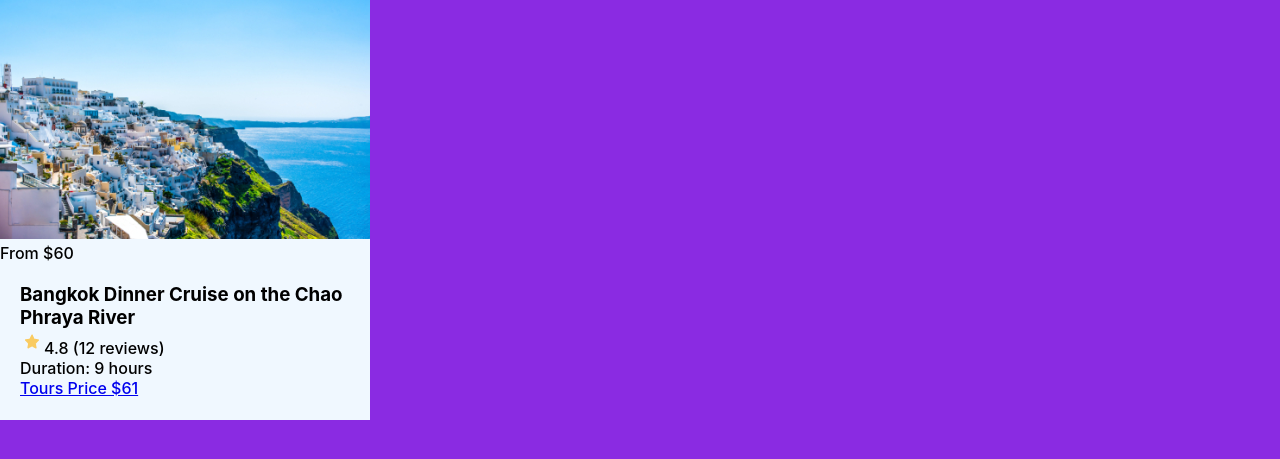
Repository: nguyentuankiet-k61/K_IT-demo
Page: index.html
These files come from the project's save history. The page is drawn as it stood at one moment and after the next save; the edit follows.
The browser window is 1280 px wide. The pictures show the whole page.
Some web fonts or font styles are not loaded; a fallback is used.

Above is the page before, as saved 2022-09-28 08:43:35.

### index.html
<!DOCTYPE html>
<html lang="en">
<head>
    <meta charset="UTF-8">
    <meta http-equiv="X-UA-Compatible" content="IE=edge">
    <meta name="viewport" content="width=device-width, initial-scale=1.0">
    <title>HTML CSS Master</title>
    <link rel = "preconnect" href = "https://fonts.googleapis.com">
    <link rel = "preconnect" href = "https://fonts.gstatic.com" crossorigin>
    <link href = "https: //fonts.googleapis.com/css2? family = Inter: wght @ 500; 600 & display = swap "rel =" stylesheet ">
    <link rel="stylesheet" href="./CSS/app.css">
</head>
<body>
 <div class="">
    <div class="Tours">
        <!-- <div class="Tours_top">
            <img src="./image/img1.png" alt="this_is_image"/>From $40
        </div>
        <div class="Tours_content">

            <div class="Tours_titlle">Thailands Ayutthaya Temples
                Cruise from Bangkok</div>

            <div class="Tours_ratting">
                <div class="Tours_review">
                    <div class="Tours_review_count">
                        <img src="./image/img-star.png" alt="tours-ratting"/>4.8 (12 reviews)
                    </div>
                    <div class="Tours_Duration">Duration: 9 hours</div>
                </div>
            </div>
            <a href="https://www.facebook.com/kutooo" target="_blank"
            rel="noopener noreferrer" class="Tours-botton">Tours Price $61</a></br>
        <div class="Tours_top">
            <img src="./image/img1.png" alt="this_is_image"/>From $70
        </div>
        <div class="Tours_content">
            <div class="Tours_titlle">
                FLoating Markets Day Trip from
                Bangkok
            </div>
            <div class="Tours_ratting">
                <div class="Tours_review_count">
                    <img src="./image/img-star.png" alt="tours-ratting"/>4.8 (12 reviews)

                </div>
                <div class="Tours_Duration">
                    Duration: 9 hours
                </div>
            </div>
            <a href="https://www.facebook.com/kutooo" target="_blank"
            rel="noopener noreferrer"
            class="Tours_botton">Tours Price $61</a></br>
        </div>
        </div>-->
        <div class="Tours_top">
            <img src="./image/img3.png" alt="this_is_image"/>From $60
             <div class="Tours_content">
                <h3 class="Tours_titlle">
                    Bangkok Dinner Cruise on the
                    Chao Phraya River
                </h3>
                <div class="Tours_ratting">
                    <div class="Tours_review_count">
                        <img src="./image/img-star.png" alt="tours-ratting"/>4.8 (12 reviews)

                    </div>
                    <div class="Tours_Ducatiom">
                        Duration: 9 hours
                    </div>
                </div>
               <a href="https://www.facebook.com/kutooo" target="_blank"
               rel="noopener noreferrer"
               class="Tours_botton">Tours Price $61</a>
            </div>
        </div>
    </div>
 </div>
</body>
</html>

### CSS/app.css
*{
    margin: 0;
    padding: 0;
    box-sizing: border-box;
}
body{
    font-family: 'Inter', sans-serif;
    font-weight: 500;
    background-color: blueviolet;

}
.Tours{
    width: 370px;
    height: 420px;
    background-color: aliceblue;

}
.Tours_content{
    padding: 20px 20px 14px;

}
.Tours_title{
    padding-bottom: 20px;
}

After the next save:
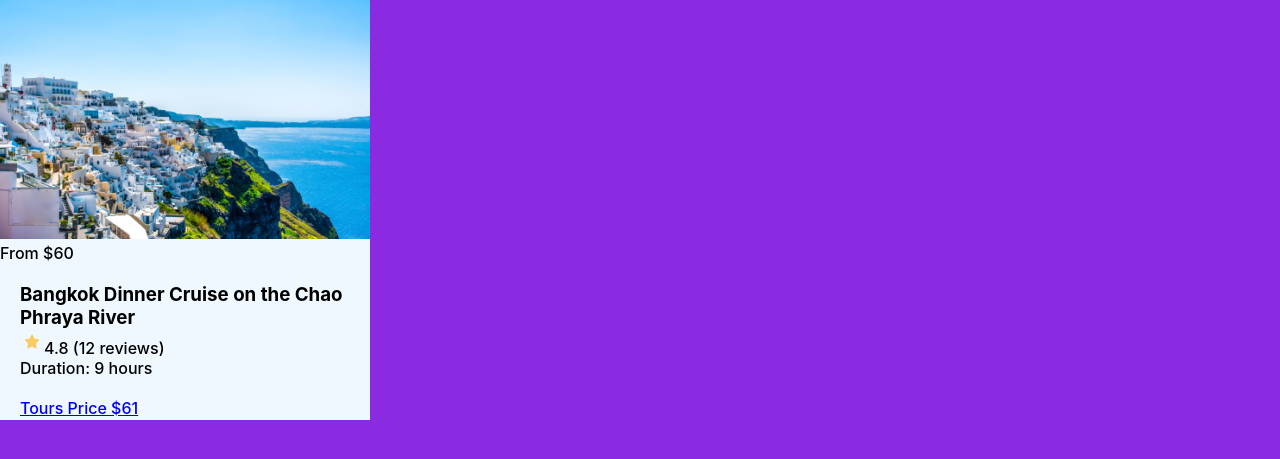
Saved 113 s later.
--- a/CSS/app.css
+++ b/CSS/app.css
@@ -20,5 +20,8 @@
 
 }
 .Tours_title{
-    padding-bottom: 20px;
+    margin-bottom: 20px;
 }
+.Tours_ratting{
+    margin-bottom: 20px;
+}

After the 2 saves that followed:
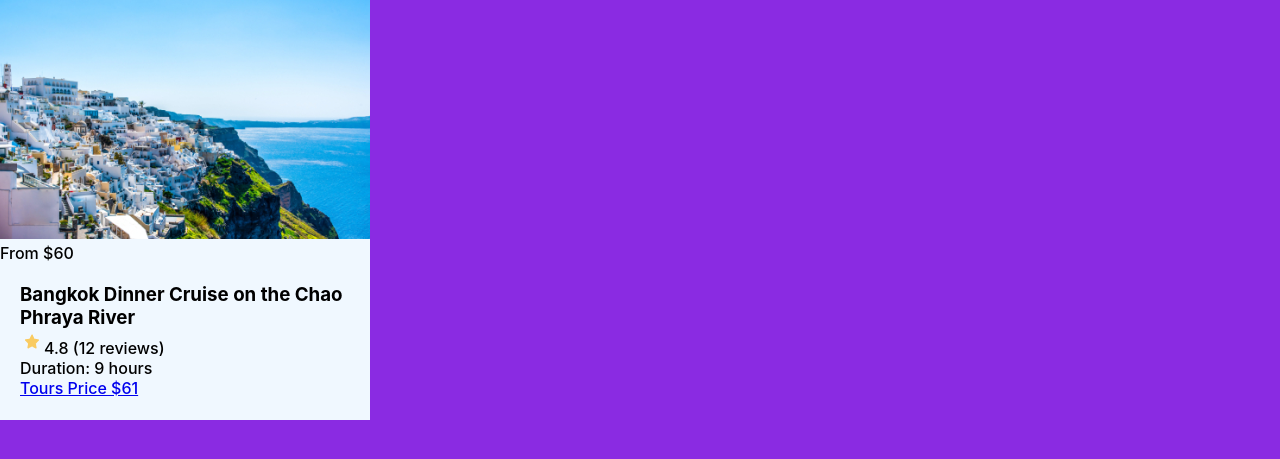
The 2 saves are shown as one change because 1 left the picture as it was.
The last was saved 2 min 16 s later.
--- a/CSS/app.css
+++ b/CSS/app.css
@@ -19,9 +19,9 @@
     padding: 20px 20px 14px;
 
 }
-.Tours_title{
-    margin-bottom: 20px;
+/* .Tours_title{
+    margin-bottom: 10px;
 }
 .Tours_ratting{
     margin-bottom: 20px;
-}
+} */
